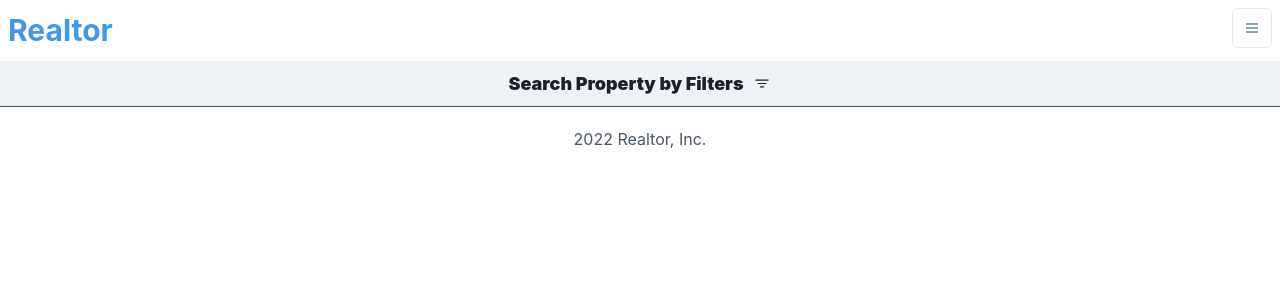
Repository: programmingwithlevi/realtor
Page: /search
These files come from the project's save history. The page is drawn as it stood at one moment and after the next save; the edit follows.
The browser window is 1280 px wide. The pictures show the whole page.
The project was rebuilt for these pictures with package versions that can differ from the ones it lists, and the page was loaded fresh each time. The framework's server and built-in components were replaced by stand-ins that run in the browser. Also part of the build but not shown: next.config.js, components/SearchFilters.jsx.

Above is the page before, as saved 2022-11-30 13:27:51.

### pages/_app.js
import Router from 'next/router';
import Head from 'next/head';
import '../styles/globals.css'
import { ChakraProvider } from '@chakra-ui/react';
import Layout from "../components/Layout";

function MyApp({ Component, pageProps }) {
  return (
    <>
      <Head>

      </Head>
      <ChakraProvider>
        <Layout>
          <Component {...pageProps} />
        </Layout>
      </ChakraProvider>
    </>
    )
}

export default MyApp

### pages/search.js
import { useState } from "react";
import { useRouter } from "next/router";
import Image from "next/image";
import { Flex, Box, Text, Icon } from '@chakra-ui/react';
import { BsFilter } from 'react-icons/bs';
import SearchFilters from "../components/SearchFilters";

const Search = () => {
    const [searchFilters, setSearchFilters] = useState(false);
    const router = useRouter();

    return (
        <Box>
            <Flex
                cursor="pointer"
                bg="gray.100"
                borderBottom="1px"
                borderColor="gray.200"
                p="2"
                fontWeight="black"
                fontSize="lg"
                justifyContent="center"
                alignItems="center"
                onClick={() => setSearchFilters((prevFilters) => !prevFilters)}
                >
            <Text>
                Search Property by Filters
            </Text>
            <Icon paddingLeft="2" w="7" as={BsFilter} />
            </Flex>
            {searchFilters && <SearchFilters />}
        </Box>
    )

}
export default Search;

### components/Layout.jsx
import Head from 'next/head';
import {Box} from '@chakra-ui/react'

import Navbar from './Navbar.jsx';
import Footer from './Footer.jsx';


const Layout = ({ children }) => (
    <>
    <Head>
        <title>Real Estate</title>
    </Head>
    <Box maxWidth="1280px" m="auto">
        <header>
            <Navbar />
        </header>
        <main>
            {children}
        </main>
        <footer>
            <Footer />
        </footer>
    </Box>
    </>
);

export default Layout;

### components/Navbar.jsx
import  Link  from "next/link";
import {
  Menu,
  MenuItem,
  MenuButton,
  MenuList,
  IconButton,
  Flex,
  Box,
  Spacer,
} from "@chakra-ui/react";
import { FcMenu, FcHome, FcAbout } from 'react-icons/fc';
import { BsSearch } from "react-icons/bs";
import { FiKey } from "react-icons/fi";

const Navbar = () => (
    <Flex p='2' borderBottom='1px' borderColor='gray.100'>
      <Box fontSize='3xl' color='blue.400' fontWeight='bold'>
        <Link href='/' paddingLeft='2'>Realtor</Link>
      </Box>
      <Spacer />
      <Box>
        <Menu>
          <MenuButton as={IconButton} icon={<FcMenu />} variant='outline' color='red.400' />
          <MenuList>
            <Link href='/' passHref>
              <MenuItem icon={<FcHome />}>Home</MenuItem>
            </Link>
            <Link href='/search' passHref>
              <MenuItem icon={<BsSearch />}>Search</MenuItem>
            </Link>
            <Link href='/search?purpose=for-sale' passHref>
              <MenuItem icon={<FcAbout />}>Buy Property</MenuItem>
            </Link>
            <Link href='/search?purpose=for-rent' passHref>
              <MenuItem icon={<FiKey />}>Rent Property</MenuItem>
            </Link>
          </MenuList>
        </Menu>
      </Box>
    </Flex>
  );
export default Navbar;

### components/Footer.jsx
import {Box} from '@chakra-ui/react';

const Footer = () => (
    <Box textAlign="center" p="5" color="gray.600" borderTop="1px" borderColor="grey.100">
        2022 Realtor, Inc.
    </Box>
)
export default Footer;

Loaded but not shown: styles/globals.css (common file)

After the next save:
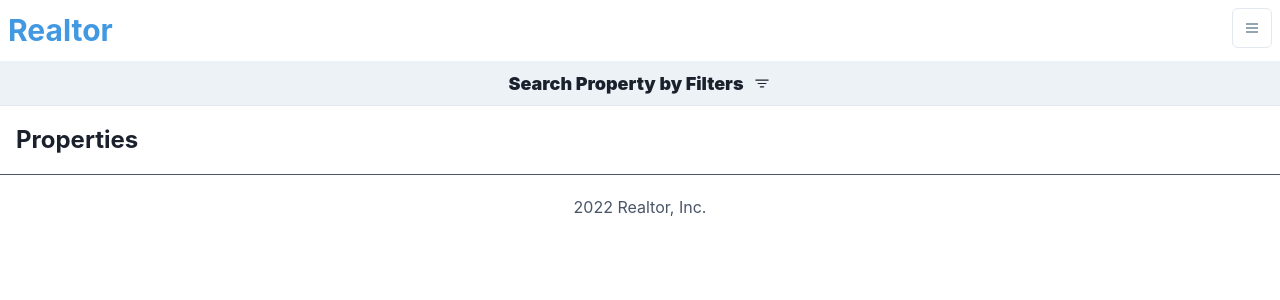
Saved 30 min 41 s later.
--- a/pages/search.js
+++ b/pages/search.js
@@ -29,6 +29,9 @@ const Search = () => {
             <Icon paddingLeft="2" w="7" as={BsFilter} />
             </Flex>
             {searchFilters && <SearchFilters />}
+            <Text fontSize="2xl" p="4" fontWeight="bold">
+                Properties
+            </Text>
         </Box>
     )
 
